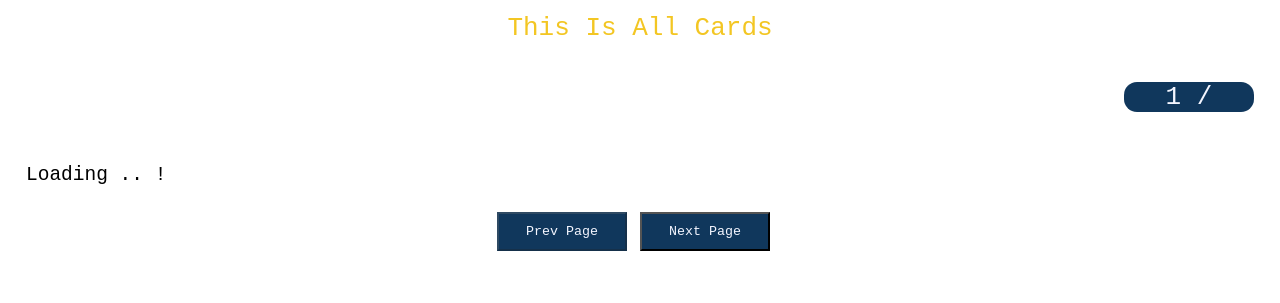
Repository: rehamtaher10/reactQueryTask
Page: /
The author's editor kept a copy of each file at every save. The page is drawn from the files as they stood at one save, then again after a run of saves.
The browser window is 1280 px wide. The pictures show the whole page.
The page's requests for data from a server got no answer. The project was rebuilt for these pictures with package versions that can differ from the ones it lists, and the page was loaded fresh each time. No one was signed in, and anything a server would have sent is missing. Also part of the build but not shown: vite.config.js.

Above is the page before, as saved 2024-12-07 20:28:31.

### src/main.jsx
import { StrictMode } from "react";
import { createRoot } from "react-dom/client";
import "./style/app.css";
import App from "./App.jsx";
import {
  QueryClient,
  QueryClientProvider,
  useQuery,
} from "@tanstack/react-query";

const queryClient = new QueryClient();

createRoot(document.getElementById("root")).render(
  <StrictMode>
    <QueryClientProvider client={queryClient}>
      <App />
    </QueryClientProvider>
  </StrictMode>
);

### src/style/app.css
*{
    padding: 0;
    margin: 0;
    box-sizing: border-box;
    font-family: monospace;
    font-weight: 400;
}
.productContainer{
    padding: 2em;
    display: flex;
    flex-wrap: wrap;
    gap: 2em;
}
.post{
    width: calc((100% - 4em) / 3);
    background: #f2f2f2;
    border: 1px solid rgba(0, 0, 0, .2);
}
.post img{
    width: 100%;
    height: 350px;
    object-fit: cover;
    display: block;
    margin-left: auto;
    margin-right: auto;
}
.post h2{
    padding-inline: 1em;
    padding-block: 1.5em;
    font-size: 1.3rem;
    color:#10375C;
}
.post p{
    width: fit-content;
    padding-inline: 1em;
    margin-block: .5rem;
    background-color: #EB8317;
    color: #F4F6FF;
    font-size: 1.3rem;
    font-weight: bold;
}
h1{
    color: #F3C623;
    text-align: center;
    padding-block: 1rem;
    font-family: monospace;
    font-size: 2rem;
}
.pagination{
    padding: 2em;
    direction: rtl;
}
.pagination p{
    background-color:#10375C ;
    color: #F4F6FF;
    font-size: 2rem;
    width: 10rem;
    text-align: center;
    border-radius: 1rem;
    direction: ltr;
}
.buttons{
    display: flex;
    align-items: center;
    justify-content: center;

}
.buttons button{
    background-color:#10375C ;
    color: #F4F6FF;
    direction: ltr;
    margin-right: 1rem;
    width: 10rem;
    height: 3rem;
}

### src/App.jsx
import { useQuery } from "@tanstack/react-query";
import React, { useState } from "react";
function App() {
  const [page, setPage] = useState(0);
  const limit = 9;

  const productsFetch = async (page = 0) => {
    const res = await fetch(
      `https://dummyjson.com/products?limit=${limit}&skip=${page * limit}`
    );
    const productRes = await res.json();
    return productRes;
  };

  const { data, isLoading } = useQuery({
    queryKey: ["products", page],
    queryFn: () => productsFetch(page),
  });

  return (
    <>
      <h1>This Is All Cards</h1>

      <div className="pagination">
        <p>{page + 1} / {data?.total && Math.ceil(data?.total / limit)}</p>
      </div>
      <div className="productContainer">
        {isLoading ? (
          <h2>Loading .. !</h2>
        ) : (
          data?.products.map((ele) => (
            <div class="post" key={ele.id}>
              <div>
                <img src={ele.images?.[0]} />
              </div>
              <h2>${ele.title} </h2>
              <p>${ele.price} $</p>
            </div>
          ))
        )}
      </div>
      <div className="buttons">
        <button disabled={page == 0} >Prev Page</button>
        <button disabled={data?.products?.length < limit}>Next Page</button>

      </div>
    </>
  );
}

export default App;

Loaded but not shown: index.html (common file)

After the next 2 saves:
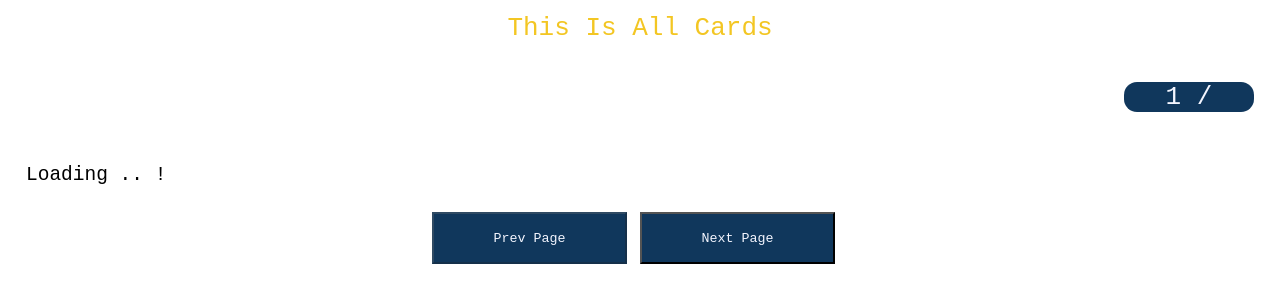
The 2 saves are shown as one change because they came seconds apart.
The last was saved 18 s later.
--- a/src/style/app.css
+++ b/src/style/app.css
@@ -70,6 +70,6 @@ h1{
     color: #F4F6FF;
     direction: ltr;
     margin-right: 1rem;
-    width: 10rem;
-    height: 3rem;
+    width: 15rem;
+    height: 4rem;
 }
